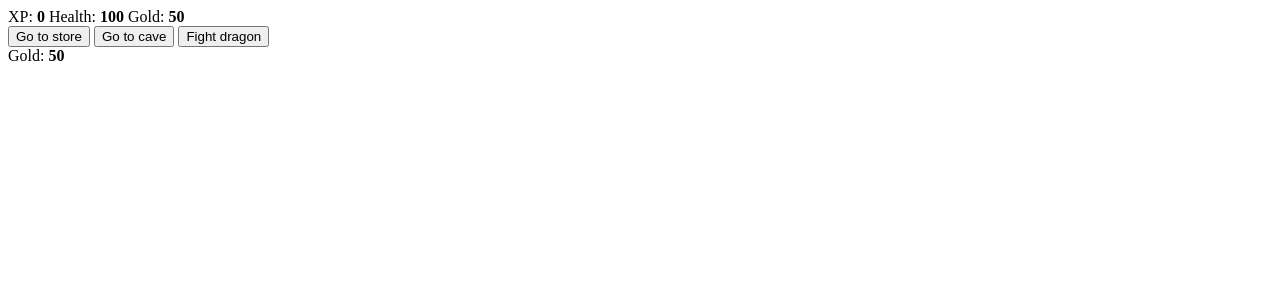
Repository: Lungdjos/role_playing_game
Page: index.html
These files come from the project's save history. The page is drawn as it stood at one moment and after a run of saves; the edit follows.
The browser window is 1280 px wide. The pictures show the whole page.

Above is the page before, as saved 2024-02-06 23:02:35.

### index.html
<!DOCTYPE html>
<html lang="en">

<head>
    <meta charset="UTF-8">
    <meta name="viewport" content="width=device-width, initial-scale=1.0">
    <title>RPG - Dragon Repeller</title>
    <link rel="stylesheet" href="./styles.css">

</head>

<body>
    <div id="game">
        <div id="stats">
            <span class="stat">XP: <strong><span id="xpText">0</span></strong>
            </span>
            <span class="stat">Health: <strong><span id="healthText">100</span></strong>
            </span>
            <span class="stat">Gold: <strong><span id="goldText">50</span></strong>
            </span>
        </div>
        <div id="controls">
            <button id="button1">Go to store</button>
            <button id="button2">Go to cave</button>
            <button id="button3">Fight dragon</button>
        </div>
        <div id="monsterStats">
            <span class="stat">
                Gold: <strong><span id="goldText">50</span></strong>
            </span>
        </div>
        <div id="text"></div>
    </div>

    <!-- JavaScript files -->
    <script src="./script.js"></script>
</body>

</html>

### styles.css
/** Main CSS */

### script.js
/**
 * Main JavaScript
 */

'use strict';

// variables
let xp = 0;
let health = 100;
let gold = 50;
let currentWeapon = 0;
let fighting;
let monsterHealth;
let inventory = ['stick'];

// query selectors
const button1 = document.querySelector('#button1');
const button2 = document.querySelector('#button2');
const button3 = document.querySelector('#button3');

After the next 3 saves:
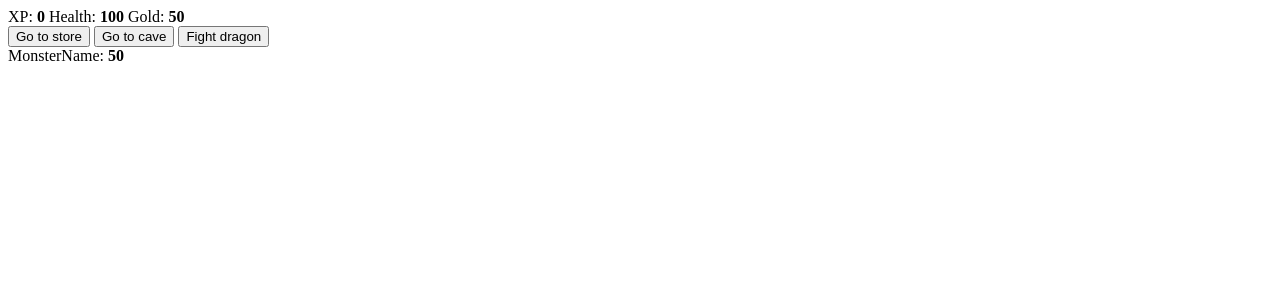
The 3 saves are shown as one change because they came seconds apart.
The last was saved 9 s later.
--- a/index.html
+++ b/index.html
@@ -26,7 +26,7 @@
         </div>
         <div id="monsterStats">
             <span class="stat">
-                Gold: <strong><span id="goldText">50</span></strong>
+                MonsterName: <strong><span id="goldText">50</span></strong>
             </span>
         </div>
         <div id="text"></div>
